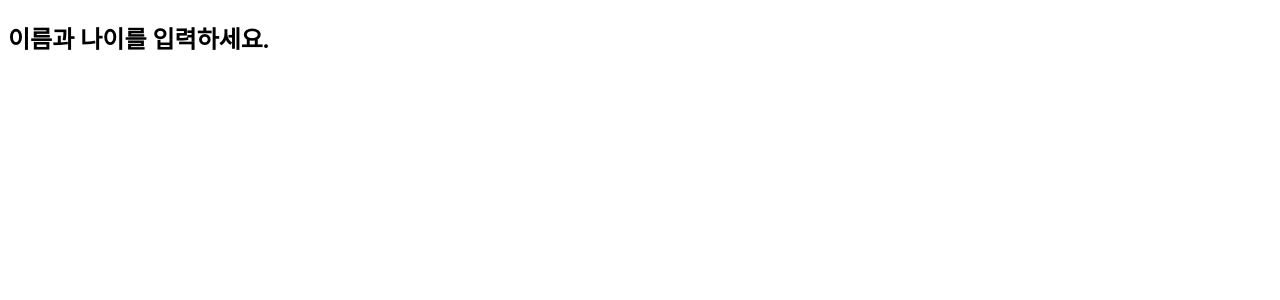
Repository: matodale/StudyJSP
Page: http://localhost/StudyJSP/ch06/ifElseTestForm.jsp
These files come from the project's save history. The page is drawn as it stood at one moment and after the next save; the edit follows.
The browser window is 1280 px wide. The pictures show the whole page.
The page is served by Tomcat 9. Other server files are loaded and not shown.

Above is the page before, as saved 2022-12-21 04:06:20.

### StudyJSP/src/main/webapp/ch06/ifElseTestForm.jsp
<%@ page language="java" contentType="text/html; charset=UTF-8"
    pageEncoding="UTF-8"%>
<!DOCTYPE html>
<html>
<head>
<meta charset="UTF-8">
<title>이름과 나이를 입력하는 폼</title>
</head>
<body>
<h2>이름과 나이를 입력하세요.</h2>
<form method="post" action="ifElseTestPro.jsp">

</form>
</body>
</html>

After the next save:
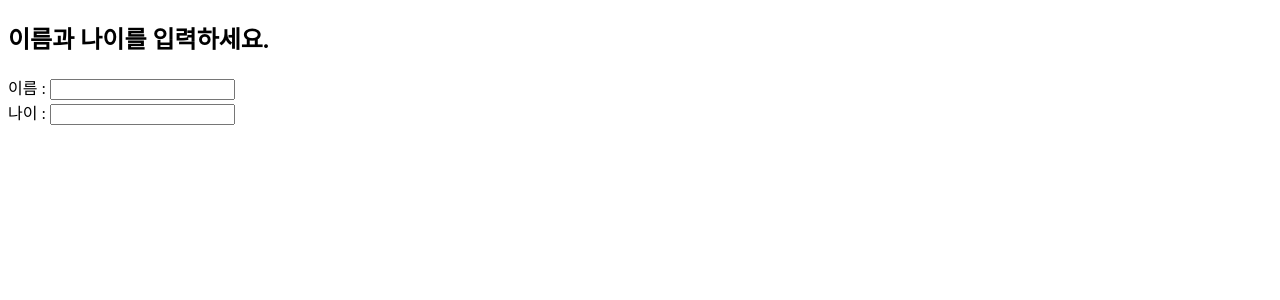
Saved 63 s later.
--- a/StudyJSP/src/main/webapp/ch06/ifElseTestForm.jsp
+++ b/StudyJSP/src/main/webapp/ch06/ifElseTestForm.jsp
@@ -9,6 +9,8 @@
 <body>
 <h2>이름과 나이를 입력하세요.</h2>
 <form method="post" action="ifElseTestPro.jsp">
+이름 : <input type="text" name="name"><br>
+나이 : <input type="text" name="age"><br>
 
 </form>
 </body>

After the 2 saves that followed:
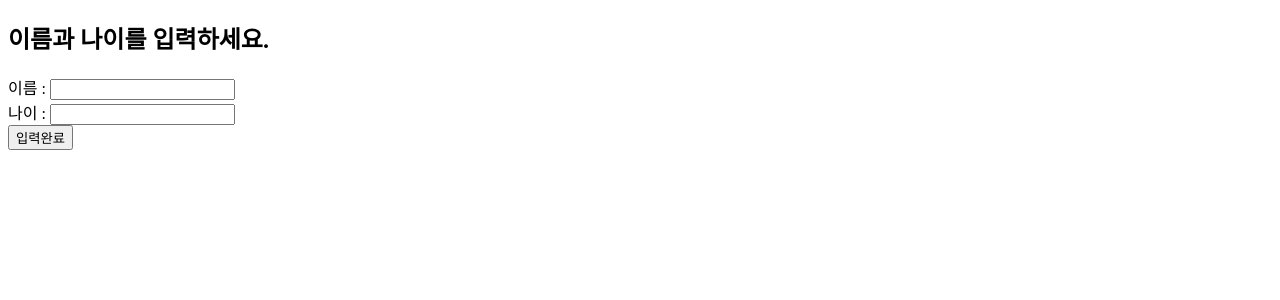
The 2 saves are shown as one change because they came seconds apart.
The last was saved 28 s later.
--- a/StudyJSP/src/main/webapp/ch06/ifElseTestForm.jsp
+++ b/StudyJSP/src/main/webapp/ch06/ifElseTestForm.jsp
@@ -11,7 +11,7 @@
 <form method="post" action="ifElseTestPro.jsp">
 이름 : <input type="text" name="name"><br>
 나이 : <input type="text" name="age"><br>
-
+<input type="submit" value="입력완료">
 </form>
 </body>
 </html>
